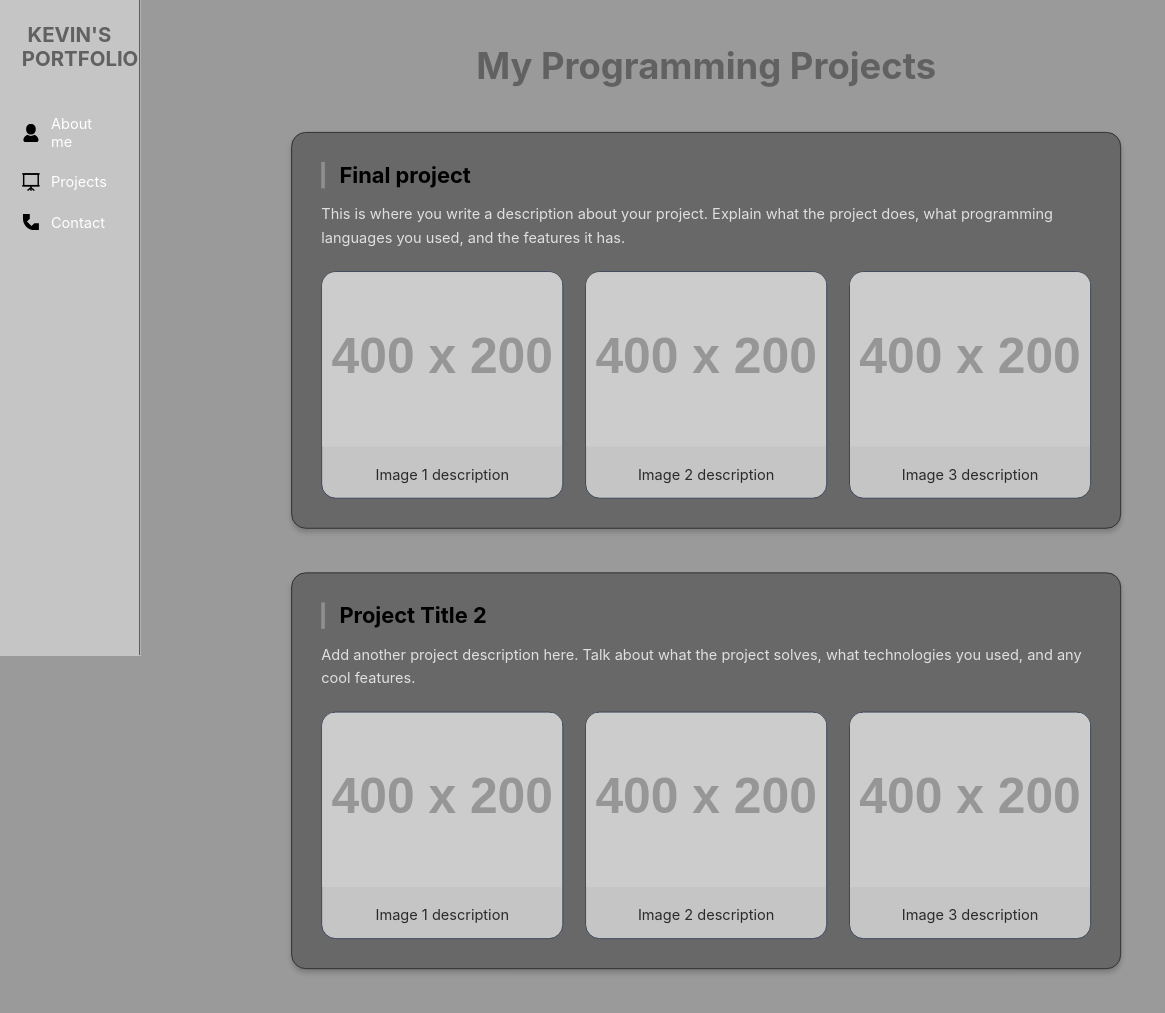
Repository: KevinSamaha/Kevin_Samaha
Page: pages/projects.html
The author's editor kept a copy of each file at every save. The page is drawn from the files as they stood at one save, then again after the next save.
The browser window is 1280 px wide. The pictures show the whole page, at 91% of full size.

Above is the page before, as saved 2026-05-13 23:41:28.

### pages/projects.html
<!doctype html>
<html lang="en">
  <head>
    <meta charset="UTF-8" />
    <meta name="viewport" content="width=device-width, initial-scale=1.0" />
    <title>My Programming Projects</title>

    <link rel="stylesheet" href="../styles/projects.css" />
        <link rel="stylesheet" href="../styles/global.css"/>
  </head>

  <body>
    <!-- SIDEBAR -->
    <header>
      <h2 class="logo">KEVIN'S PORTFOLIO</h2>

      <nav>
        <ul class="sidebarcontainer">
          <li>
            <a class="sidebar" href="index.html">
              <img src="../Assets/images/me.svg" class="icon" />
              About me</a
            >
          </li>

          <li>
            <a class="sidebar" href="projects.html">
              <img src="../Assets/images/project.svg" class="icon" />
              Projects</a
            >
          </li>

          <li>
            <a class="sidebar" href="contact.html">
              <img src="../Assets/images/phone.svg" class="icon" />
              Contact</a
            >
          </li>
        </ul>
      </nav>
    </header>

    <!-- MAIN -->
    <main>
      <h1>My Programming Projects</h1>

      <section class="projects-container">
        <!-- PROJECT 1 -->
        <section class="project-card">
          <article>
            <h2 class="project-title">Final project</h2>

            <p class="project-description">
              This is where you write a description about your project. Explain
              what the project does, what programming languages you used, and
              the features it has.
            </p>
          </article>

          <section class="image-gallery">
            <article class="image-card">
              <img src="https://via.placeholder.com/400x200" alt="" />
              <p class="image-description">Image 1 description</p>
            </article>

            <article class="image-card">
              <img src="https://via.placeholder.com/400x200" alt="" />
              <p class="image-description">Image 2 description</p>
            </article>

            <article class="image-card">
              <img src="https://via.placeholder.com/400x200" alt="" />
              <p class="image-description">Image 3 description</p>
            </article>
          </section>
        </section>

        <!-- PROJECT 2 -->
        <section class="project-card">
          <article>
            <h2 class="project-title">Project Title 2</h2>

            <p class="project-description">
              Add another project description here. Talk about what the project
              solves, what technologies you used, and any cool features.
            </p>
          </article>

          <section class="image-gallery">
            <article class="image-card">
              <img src="https://via.placeholder.com/400x200" alt="" />
              <p class="image-description">Image 1 description</p>
            </article>

            <article class="image-card">
              <img src="https://via.placeholder.com/400x200" alt="" />
              <p class="image-description">Image 2 description</p>
            </article>

            <article class="image-card">
              <img src="https://via.placeholder.com/400x200" alt="" />
              <p class="image-description">Image 3 description</p>
            </article>
          </section>
        </section>
      </section>
    </main>
  </body>
</html>

### styles/projects.css
/* GENERAL */
* {
  margin: 0;
  padding: 0;
  box-sizing: border-box;
  font-family: "Inter", sans-serif;
}

body {
  background-color: #00000065;
  color: white;
  min-height: 100vh;
  display: flex;
}

/* =========================
   MAIN AREA
========================= */

main {
  margin-left: 17rem;
  width: 100%;
  padding: 3rem;
}

/* TITLE */
h1 {
  text-align: center;
  margin-bottom: 3rem;
  font-size: 2.5rem;
  color: #616161;
}

/* =========================
   PROJECTS
========================= */

.projects-container {
  display: flex;
  flex-direction: column;
  gap: 3rem;
}

.project-card {
  background-color: #686868;
  padding: 2rem;
  border-radius: 1rem;
  border: 0.0625rem solid #2b2b2b;
  box-shadow: 0 0.25rem 0.375rem rgba(0, 0, 0, 0.2);
}

.project-title {
  font-size: 1.5rem;
  margin-bottom: 1rem;
  color: #000;
  border-left: 0.25rem solid #8f8f8f;
  padding-left: 1rem;
}

.project-description {
  margin-bottom: 1.5rem;
  line-height: 1.6;
  color: #e0e0e0;
}

/* =========================
   IMAGE GRID
========================= */

.image-gallery {
  display: grid;
  grid-template-columns: repeat(auto-fit, minmax(15rem, 1fr));
  gap: 1.5rem;
}

.image-card {
  background-color: #c5c5c5;
  border-radius: 1rem;
  overflow: hidden;
  border: 0.0625rem solid #334155;
  transition: transform 0.3s ease;
}

.image-card:hover {
  transform: scale(1.03);
}

.image-card img {
  width: 100%;
  height: 12rem;
  object-fit: cover;
}

.image-description {
  padding: 1rem;
  text-align: center;
  color: #2b2b2b;
}

/* =========================
   MOBILE
========================= */

@media (max-width: 64rem) {
  header {
    width: 100%;
    height: auto;
    position: fixed;
    flex-direction: row;
    justify-content: space-between;
  }

  main {
    margin-left: 0;
    margin-top: 10rem;
    padding: 1.5rem;
  }
}

### styles/global.css
header {
  width: 12%;
  min-width: 1%;
  height: 100vh;
  background-color: #c5c5c5;
  border-right: 0.0625rem solid #334155;
  position: fixed;
  display: flex;
  flex-direction: column;
  gap: 2rem;
  padding: 1.5rem;
}

.logo {
  font-size: 1.4rem;
  font-weight: 700;
  color: #616161;
  text-align: center;
  margin-bottom: 1rem;
}

.sidebarcontainer {
  list-style: none;
  display: flex;
  flex-direction: column;
  gap: 1.5rem;
}

.sidebar {
  display: flex;
  align-items: center;
  gap: 0.75rem;
  font-size: 1rem;
  text-decoration: none;
  color: inherit;
}

.sidebar:hover {
  color: #000000;
  background-color: #8f8f8f;
  border-radius: 0.5rem;
  transition: 0.2s ease;
}

.icon {
  width: 1.25rem;
  height: 1.25rem;
}

After the next save:
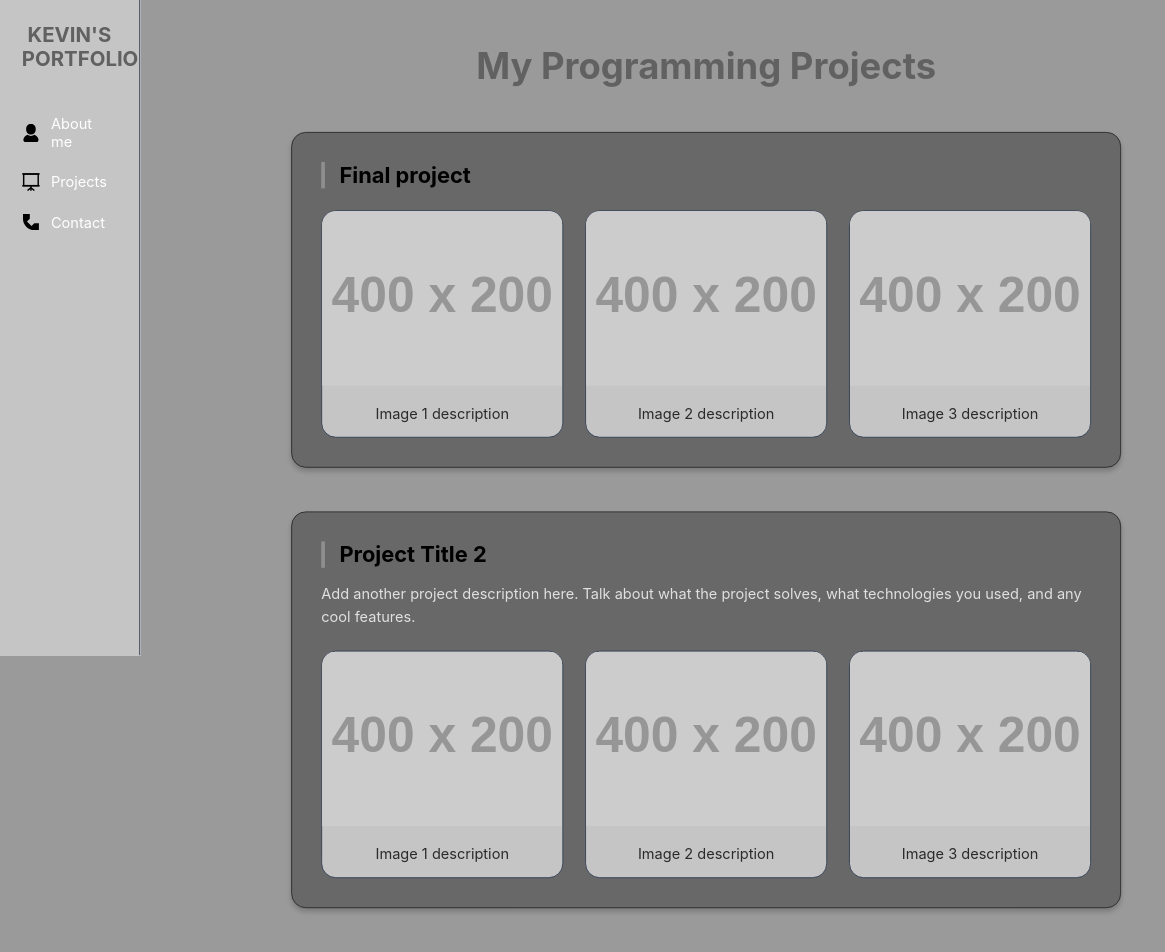
Saved 16 s later.
--- a/pages/projects.html
+++ b/pages/projects.html
@@ -51,9 +51,7 @@
             <h2 class="project-title">Final project</h2>
 
             <p class="project-description">
-              This is where you write a description about your project. Explain
-              what the project does, what programming languages you used, and
-              the features it has.
+
             </p>
           </article>
 

After the save that followed:
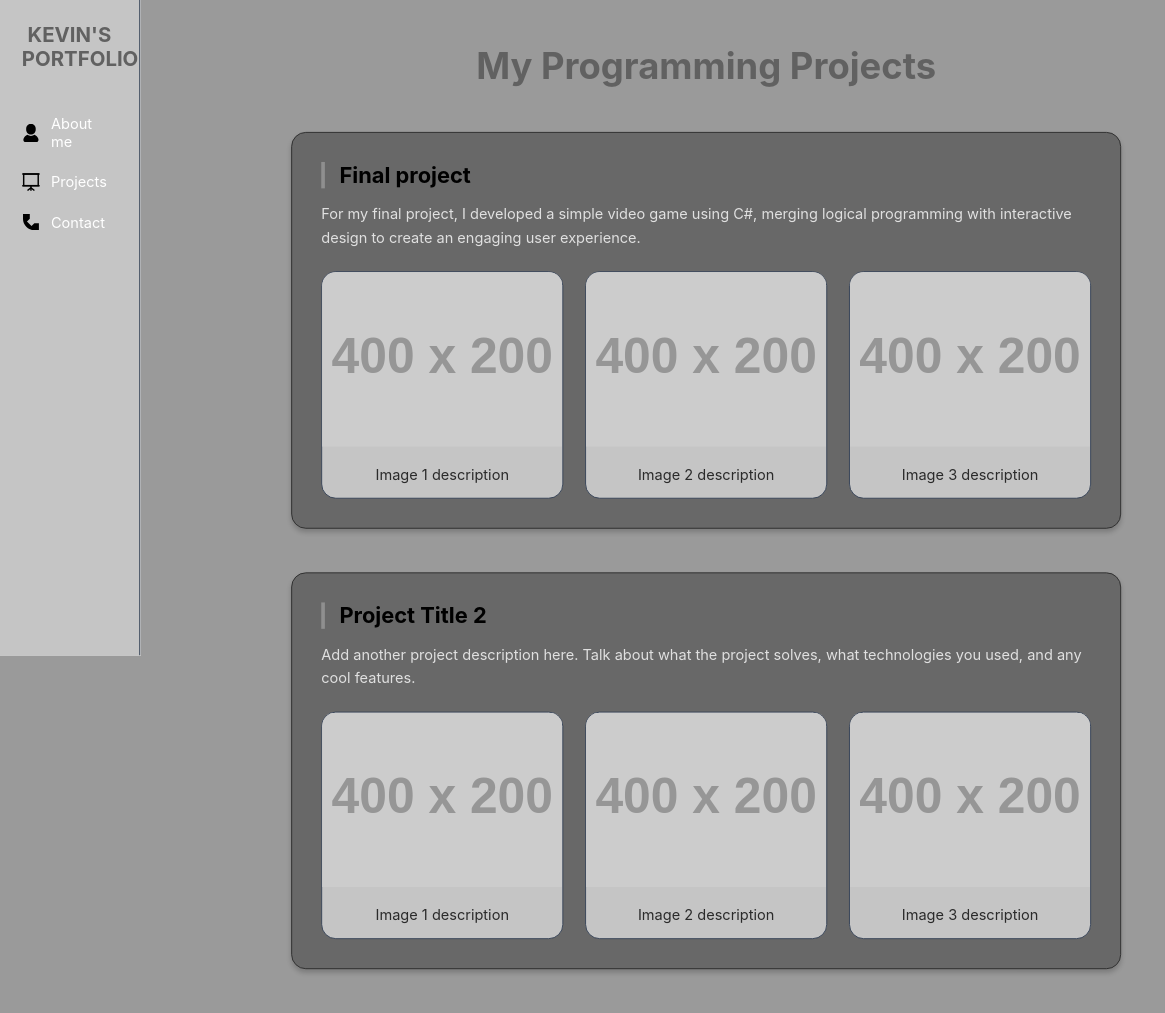
Saved 50 s later.
--- a/pages/projects.html
+++ b/pages/projects.html
@@ -51,7 +51,9 @@
             <h2 class="project-title">Final project</h2>
 
             <p class="project-description">
-
+             For my final project, I developed a simple video game using C#,
+             merging logical programming with interactive design to create
+             an engaging user experience.
             </p>
           </article>
 
